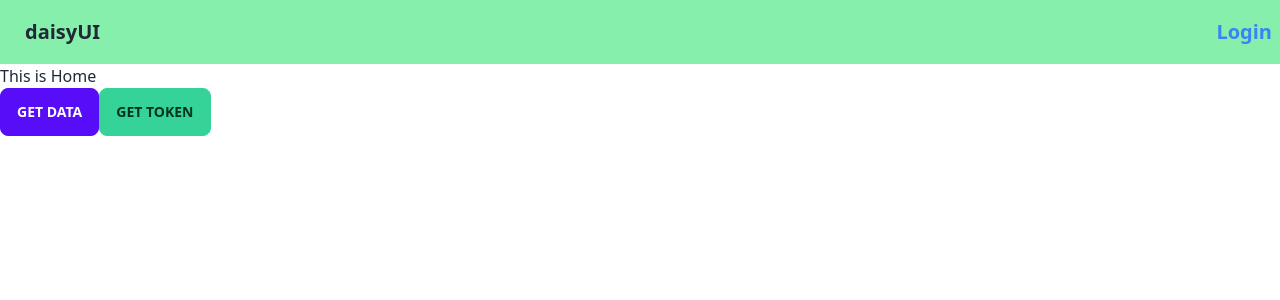
Repository: mohamedk98/Sparrow
Page: / (app in client/)
The author's editor kept a copy of each file at every save. The page is drawn from the files as they stood at one save, then again after the next save.
The browser window is 1280 px wide. The pictures show the whole page.
The project was rebuilt for these pictures with package versions that can differ from the ones it lists, and the page was loaded fresh each time. Also part of the build but not shown: client/src/App.css, client/src/pages/Login.js, client/src/pages/Profile.js.

Above is the page before, as saved 2022-06-29 21:13:49.

### client/src/index.js
import React from "react";
import ReactDOM from "react-dom/client";
import "./index.css";
import App from "./App";
import { Provider } from "react-redux";
import { store } from "./store/store";
const root = ReactDOM.createRoot(document.getElementById("root"));
root.render(
  <Provider store={store}>
    <App />
  </Provider>
);

### client/src/App.js
import React, { useEffect } from "react";
import "./App.css";
import { BrowserRouter, Routes, Route } from "react-router-dom";
import Home from "./pages/Home";
import Login from "./pages/Login";
import Profile from "./pages/Profile";
import Header from "./components/Header";
import { useDispatch, useSelector } from "react-redux";
import { addAuthentication, removeAuthentication } from "./store/slicers/user";
import { axiosTokenInstance } from "./network/axiosInstance";
function App() {
  const dispatch = useDispatch();
  const authenticationData = useSelector((state) => state.user.authenticationData);

  useEffect(() => {
    console.log(authenticationData.hasExpiry)
    if (Object.keys(authenticationData).length !== 0 && authenticationData.hasExpiry === true) {
      axiosTokenInstance
        .post("/token",{authenticationData})
        .then((response) => {
          dispatch(addAuthentication(response.data));
        })
        .catch((error) => {
          console.log(error);
        });
    } else if (authenticationData.hasExpiry == false) {
      dispatch(removeAuthentication());
    }
  }, []);
  return (
    <BrowserRouter>
      <Header />
      <Routes>
        <Route path="/" element={<Home />} />
        <Route path="/login" element={<Login />} />
        <Route path="/profile" element={<Profile />} />
      </Routes>
    </BrowserRouter>
  );
}

export default App;

### client/src/store/store.js
import { configureStore } from '@reduxjs/toolkit'
import userReducer from "./slicers/user"
export const store = configureStore({
  reducer: {user:userReducer},
})

### client/src/pages/Home.js
import React, { useState } from "react";
import axios from "axios";
import { useNavigate } from "react-router-dom";
import Header from "../components/Header";
import { axiosTokenInstance } from "../network/axiosInstance";
import { store } from "../store/store";
function Home(props) {
  const [requestData, setRequestData] = useState("No Data....");
  // const navigate = useNavigate()
  const getToken = () => {
    axiosTokenInstance.get("/token").then((response) => {
      console.log(response.data);
    });
  };
  const getData = () => {
    axiosTokenInstance.get("/testAll").then((response) => {
      console.log(response.data);
    });
  };
  return (
    <>
      <h1>This is Home</h1>
      <button onClick={getData} className="btn btn-primary">
        get data
      </button>
      <button onClick={getToken} className="btn btn-success">
        get Token
      </button>
    </>
  );
}

export default Home;

### client/src/components/Header.js
import axios from "axios";
import React from "react";
import { useDispatch, useSelector } from "react-redux";
import { Link, useNavigate } from "react-router-dom";
import {axiosTokenInstance} from "../network/axiosInstance";
import { removeAuthentication } from "../store/slicers/user";

function Header() {
  const authState = useSelector((state) => state.user.authenticationData);
  const dispatch = useDispatch();
  const navigate = useNavigate();
  const logoutHandler = () => {

    axiosTokenInstance.post("/logout").then(() => {
      dispatch(removeAuthentication());
      navigate("/");
    });
  };
  return (
    <div className="navbar bg-green-300">
      <div className="flex-1">
        <Link className="btn btn-ghost normal-case text-xl" to={"/"}>
          daisyUI
        </Link>
      </div>
      <div className="flex-none gap-2">
        <div className="form-control">
          <Link to={"/login"} className="text-blue-500 text-xl font-bold">
            Login
          </Link>
        </div>
        {Object.keys(authState).length !== 0 ? (
          <div className="dropdown dropdown-end">
            <label tabIndex="0" className="btn btn-ghost btn-circle avatar">
              <div className="w-10 rounded-full">
                <img src="https://api.lorem.space/image/face?hash=33791" />
              </div>
            </label>
            <ul
              tabIndex="0"
              className="mt-3 p-2 shadow menu menu-compact dropdown-content bg-base-100 rounded-box w-52"
            >
              <li>
                <Link className="" to={"/profile"}>
                  Profile
                </Link>
              </li>
              <li>
                <a>Settings</a>
              </li>
              <li>
                <a onClick={logoutHandler}>Logout</a>
              </li>
            </ul>
          </div>
        ) : null}
      </div>
    </div>
  );
}

export default Header;

### client/src/store/slicers/user.js
import { createSlice } from "@reduxjs/toolkit";

const getRefreshTokenData = () => {
  const refreshToken = localStorage.getItem("refreshToken");
  const refreshTokenId = localStorage.getItem("refreshTokenId");
  const hasExpiry = localStorage.getItem("hasExpiry");
  if (refreshToken && refreshTokenId && hasExpiry) {
    return {
      refreshToken,
      refreshTokenId,
      hasExpiry:"true" ? true : false,
    };
  }

  return {};
};

//authentication and refresh token data reducers
const initialState = {
  authenticationData: getRefreshTokenData(),
};

export const userSlice = createSlice({
  name: "user",
  initialState,
  reducers: {
    //add data to the store and local storage
    addAuthentication: (state, action) => {
      state.authenticationData = { ...action.payload };
      localStorage.setItem(
        "refreshToken",
        state.authenticationData.refreshToken
      );
      localStorage.setItem(
        "refreshTokenId",
        state.authenticationData.refreshTokenId
      );
      localStorage.setItem("hasExpiry", state.authenticationData.hasExpiry);
    },
    //remove data from storage (used in logout)
    removeAuthentication: (state) => {
      state.authenticationData = {};
      localStorage.removeItem("refreshToken");
      localStorage.removeItem("refreshTokenId");
      localStorage.removeItem("hasExpiry");
    },
  },
});

// Action creators are generated for each case reducer function
export const { addAuthentication, removeAuthentication } = userSlice.actions;

export default userSlice.reducer;

### client/src/network/axiosInstance.js
import axios from "axios";
import { addAuthentication } from "../store/slicers/user";
//Note: using store functions to manipulate the user store as
//we cannot use useDispatch or useSelector since this file is not a function
import { store } from "../store/store";

//Normal instance for any request that doesn't need refresh token or authentication
const axiosInstance = axios.create({
  baseURL: "http://localhost:4000",
  withCredentials: true,
});

//Enhanced axios instance with interceptors to work with token refreshment
const axiosTokenInstance = axios.create({
  baseURL: "http://localhost:4000",
  withCredentials: true,
});

//interceptor to add refresh token data to the body of each request will be send that
//depends on authentication
axiosTokenInstance.interceptors.request.use(
  /** for each request attach the refresh token data
   * from the localstorage and add it to the request body
   *
   */
  function (config) {
    const refreshTokenData = store.getState().user.authenticationData;

    if (refreshTokenData) {
      config.data = { ...refreshTokenData };
    }
    return config;
  },
  function (error) {
    return Promise.reject(error);
  }
);

//Resposne interceptor to handle token refreshment
axiosTokenInstance.interceptors.response.use(
  //if reponse is fine just return it
  (response) => {
    return response;
  },
  async (error) => {
    //if there is 401 or 403 error, just refresh the token
    //original request configuration
    const originalConfig = error.config;
    if (error.response.status === 401 && !originalConfig._retry) {
      originalConfig._retry = true;

      try {
        //using normal instance to not fall in 401 infintie loop
        const newRefreshToken = await axiosInstance.post(
          "/token",
          store?.getState()?.user.authenticationData
        );

        store.dispatch(addAuthentication(newRefreshToken.data));
        return axiosTokenInstance(originalConfig);
      } catch (_error) {
        if (_error.response && _error.response.data) {
          return Promise.reject(_error.response.data);
        }
        return Promise.reject(_error);
      }
    }

    return Promise.reject(error);
  }
);

export { axiosInstance, axiosTokenInstance };

Loaded but not shown: client/public/index.html (common file); client/src/index.css (common file); client/tailwind.config.js (common file)

After the next save:
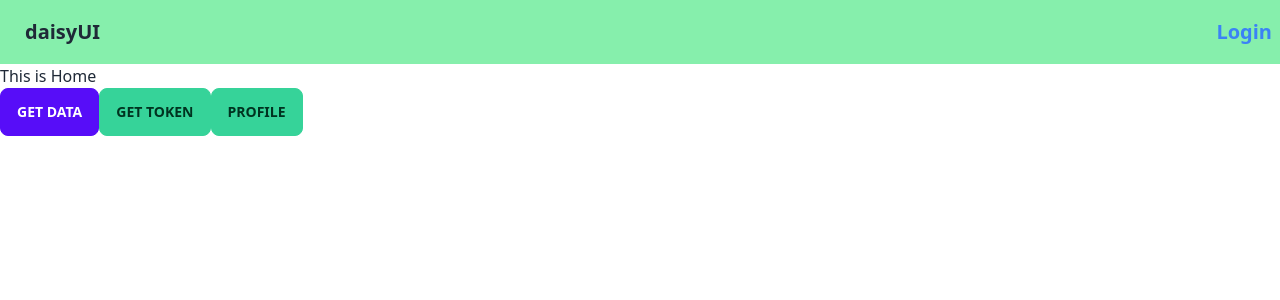
Saved 2 min 38 s later.
--- a/client/src/pages/Home.js
+++ b/client/src/pages/Home.js
@@ -6,7 +6,7 @@ import { axiosTokenInstance } from "../network/axiosInstance";
 import { store } from "../store/store";
 function Home(props) {
   const [requestData, setRequestData] = useState("No Data....");
-  // const navigate = useNavigate()
+  const navigate = useNavigate()
   const getToken = () => {
     axiosTokenInstance.get("/token").then((response) => {
       console.log(response.data);
@@ -26,6 +26,9 @@ function Home(props) {
       <button onClick={getToken} className="btn btn-success">
         get Token
       </button>
+      <button onClick={()=>navigate("/profile")} className="btn btn-success">
+        profile
+      </button>
     </>
   );
 }
